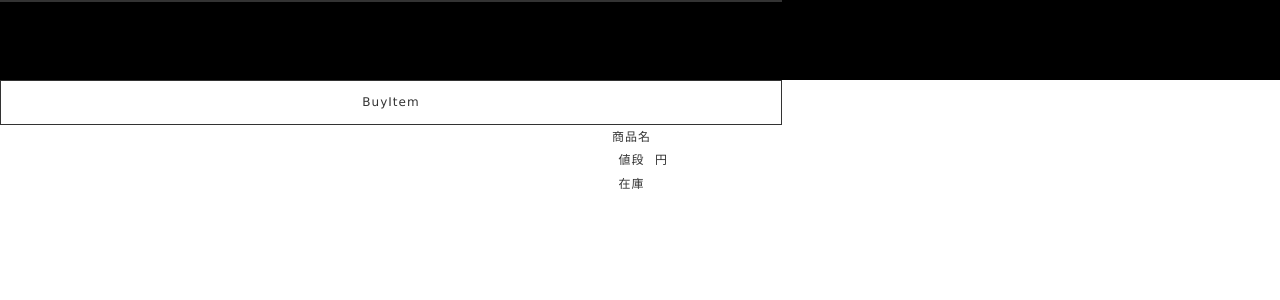
Repository: cha-git/ecsite
Page: http://localhost/template/buyItem.jsp
These files come from the project's save history. The page is drawn as it stood at one moment and after the next save; the edit follows.
The browser window is 1280 px wide. The pictures show the whole page.
The page is served by Tomcat 9.

Above is the page before, as saved 2018-12-21 10:38:03.

After the next save:
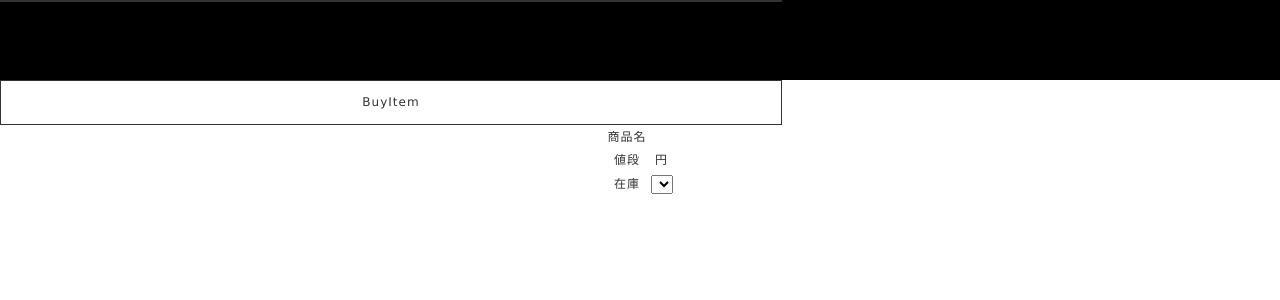
Saved 17 s later.
--- a/template/WebContent/buyItem.jsp
+++ b/template/WebContent/buyItem.jsp
@@ -89,6 +89,9 @@
 					<td>
 						<span>在庫</span>
 					</td>
+					<td>
+						<select name="stock">
+					</td>
 				</tr>
 			</table>
 		</s:form>
